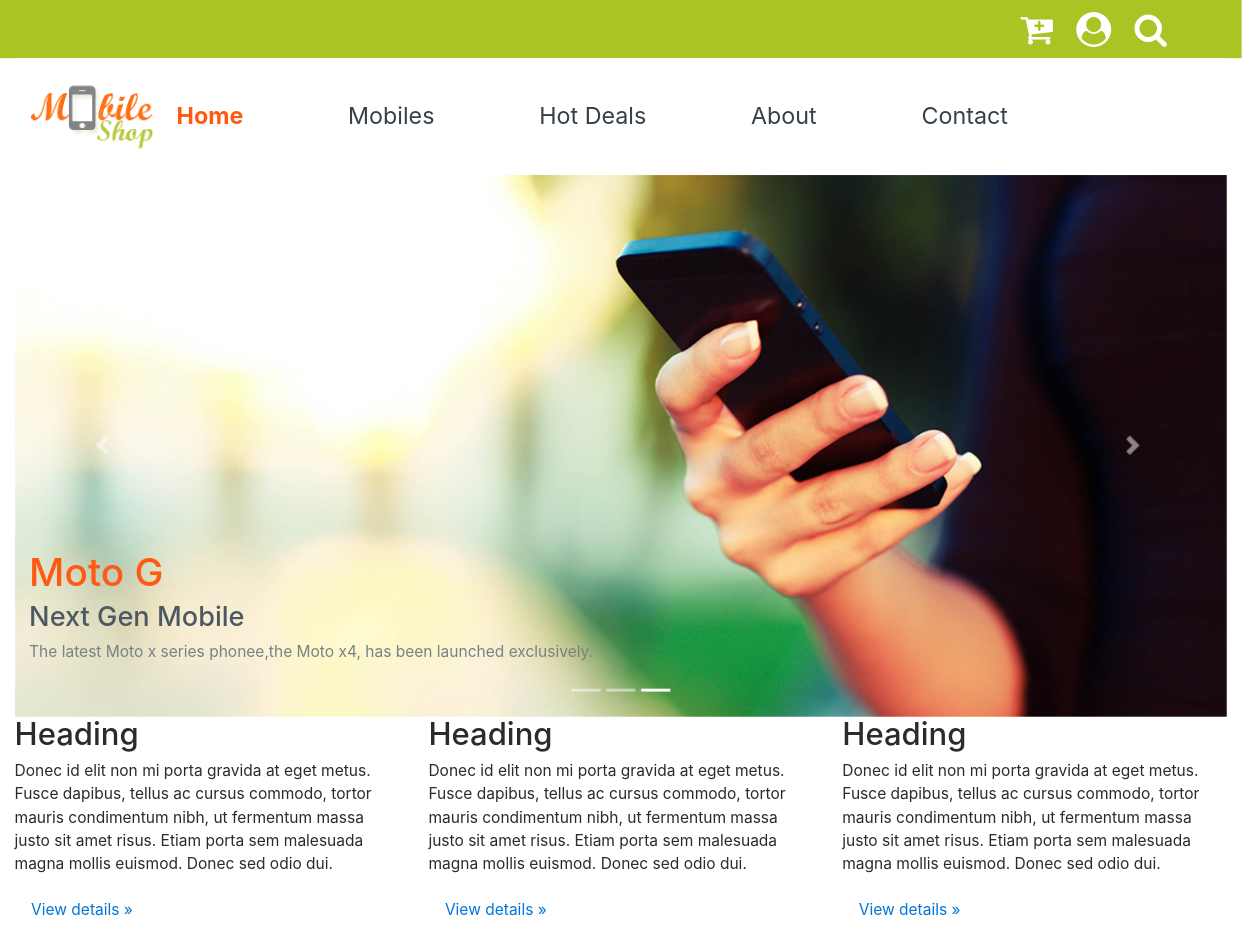
Repository: rajmohanr/mobile
Page: index.html
The author's editor kept a copy of each file at every save. The page is drawn from the files as they stood at one save, then again after the next save.
The browser window is 1280 px wide. The pictures show the whole page, at 97% of full size.

Above is the page before, as saved 2018-03-31 12:41:15.
Console error (its wording comes from the project's code and is left out).

### index.html
<!DOCTYPE html>
<html lang="en">
  <head>
    <meta charset="utf-8">
    <meta http-equiv="X-UA-Compatible" content="IE=edge">
    <meta name="viewport" content="width=device-width, initial-scale=1">

    <title>Bootstrap 4, from LayoutIt!</title>

    <meta name="description" content="Source code generated using layoutit.com">
    <meta name="author" content="LayoutIt!">

    <link href="css/bootstrap.min.css" rel="stylesheet">
	<link href="css/style.css" rel="stylesheet">
	<link rel="stylesheet" href="https://cdnjs.cloudflare.com/ajax/libs/font-awesome/4.7.0/css/font-awesome.min.css">

  </head>
  <body>

    <div class="container-fluid">
	<div class="row">
		<div class="col-md-12">
			<div class="row">
				<div class="col-md-12 top-bar">
					<a href="#" class="top-bar-icons last-icon"><i class="fa fa-search"  style="font-size:36px;color:white;"></i></a>
					<a href="#" class="top-bar-icons"><i class="fa fa-user-circle"  style="font-size:36px;color:white;"></i></a>
					<a href="#" class="top-bar-icons"><i class="fa fa-cart-plus"  style="font-size:36px;color:white;"></i></a>
				</div>
			</div>
			<nav class="navbar navbar-toggleable-md navbar-light bg-faded">

				<button class="navbar-toggler navbar-toggler-right" type="button" data-toggle="collapse" data-target="#bs-example-navbar-collapse-1">
					<span class="navbar-toggler-icon"></span>
				</button> <a class="navbar-brand" href="#"><img src="images/logo.png" /></a>
				<div class="collapse navbar-collapse" id="bs-example-navbar-collapse-1">
					<ul class="navbar-nav float-md-right">
						<li class="nav-item active">
							 <a class="nav-link" href="#">Home <span class="sr-only">(current)</span></a>
						</li>
						<li class="nav-item">
							 <a class="nav-link" href="#">Mobiles</a>
						</li>
						<li class="nav-item">
								<a class="nav-link" href="#">Hot Deals</a>
						</li>
						<li class="nav-item">
								<a class="nav-link" href="#">About</a>
						</li>
						<li class="nav-item">
								<a class="nav-link" href="#">Contact</a>
						</li>
					</ul>
				</div>
			</nav>

			<div class="row">
				<div class="col-md-12">
					<div class="carousel slide" id="carousel-452932">
						<ol class="carousel-indicators">
							<li data-slide-to="0" data-target="#carousel-452932">
							</li>
							<li data-slide-to="1" data-target="#carousel-452932">
							</li>
							<li data-slide-to="2" data-target="#carousel-452932" class="active">
							</li>
						</ol>
						<div class="carousel-inner">
							<div class="carousel-item">
								<img class="d-block w-100" alt="Carousel Bootstrap First" src="images/carosuel.png" />
								<div class="carousel-caption">
									<h4>
										Moto G
									</h4>
									<h3>
										Next Gen Mobile
									</h3>
									<p>
										The latest Moto x series phonee,the Moto x4, has been launched exclusively.
									</p>
									<button type="button" class="btn btn-primary">Order Now</button>
								</div>
							</div>
							<div class="carousel-item">
								<img class="d-block w-100" alt="Carousel Bootstrap Second" src="images/carosuel.png" />
								<div class="carousel-caption">
									<h4>
										Moto G
									</h4>
									<h3>
										Next Gen Mobile
									</h3>
									<p>
										The latest Moto x series phonee,the Moto x4, has been launched exclusively.
									</p>
								</div>
							</div>
							<div class="carousel-item active">
								<img class="d-block w-100" alt="Carousel Bootstrap Third" src="images/carosuel.png" />
								<div class="carousel-caption">
									<h4>
										Moto G
									</h4>
									<h3>
										Next Gen Mobile
									</h3>
									<p>
										The latest Moto x series phonee,the Moto x4, has been launched exclusively.
									</p>
								</div>
							</div>
						</div> <a class="carousel-control-prev" href="#carousel-452932" data-slide="prev"><span class="carousel-control-prev-icon"></span> <span class="sr-only">Previous</span></a> <a class="carousel-control-next" href="#carousel-452932" data-slide="next"><span class="carousel-control-next-icon"></span> <span class="sr-only">Next</span></a>
					</div>
				</div>
			</div>

		</div>
	</div>
	<div class="row">
		<div class="col-md-4">
			<h2>
				Heading
			</h2>
			<p>
				Donec id elit non mi porta gravida at eget metus. Fusce dapibus, tellus ac cursus commodo, tortor mauris condimentum nibh, ut fermentum massa justo sit amet risus. Etiam porta sem malesuada magna mollis euismod. Donec sed odio dui.
			</p>
			<p>
				<a class="btn" href="#">View details »</a>
			</p>
		</div>
		<div class="col-md-4">
			<h2>
				Heading
			</h2>
			<p>
				Donec id elit non mi porta gravida at eget metus. Fusce dapibus, tellus ac cursus commodo, tortor mauris condimentum nibh, ut fermentum massa justo sit amet risus. Etiam porta sem malesuada magna mollis euismod. Donec sed odio dui.
			</p>
			<p>
				<a class="btn" href="#">View details »</a>
			</p>
		</div>
		<div class="col-md-4">
			<h2>
				Heading
			</h2>
			<p>
				Donec id elit non mi porta gravida at eget metus. Fusce dapibus, tellus ac cursus commodo, tortor mauris condimentum nibh, ut fermentum massa justo sit amet risus. Etiam porta sem malesuada magna mollis euismod. Donec sed odio dui.
			</p>
			<p>
				<a class="btn" href="#">View details »</a>
			</p>
		</div>
	</div>
	<div class="row">
		<div class="col-md-12">
		</div>
	</div>
</div>

    <script src="js/jquery.min.js"></script>
    <script src="js/bootstrap.min.js"></script>
    <script src="js/scripts.js"></script>
  </body>
</html>

### css/style.css
.top-bar{
    height: 60px;
    background-color: #acc324;
}

.top-bar-icons{
    float: right;
    padding: 12px;
    position: relative;
}

.last-icon{
    margin-right: 50px;
}

.navbar{
    height: 120px;
    background-color: #fff;
}

.navbar-light .navbar-nav .active>.nav-link, .navbar-light .navbar-nav .nav-link.active, .navbar-light .navbar-nav .nav-link.open, .navbar-light .navbar-nav .open>.nav-link{
    color: #ff5912!important;
    font-weight: bold;
    font-size: 24px;
}

.navbar-nav .nav-link{
    padding-right: 100px!important;
}

.navbar-light .navbar-nav .nav-link{
    color: #34404b!important;
    font-size: 24px;
}

.carousel-caption{
    text-align: left!important;
    left: 15px!important;
}

.carousel-caption h4{
    color: #ff5912!important;
    font-size: 2.5rem!important;
}

.carousel-caption h3{
    color: #4C5963!important;
}

.carousel-caption p{
    color: #788186!important;
}
.btn-primary{
    color: #fff;
    background-color: #ff5912!important;
}

Loaded but not shown: css/bootstrap.min.css (library); js/jquery.min.js (library); js/bootstrap.min.js (library); js/scripts.js (common file)

After the next save:
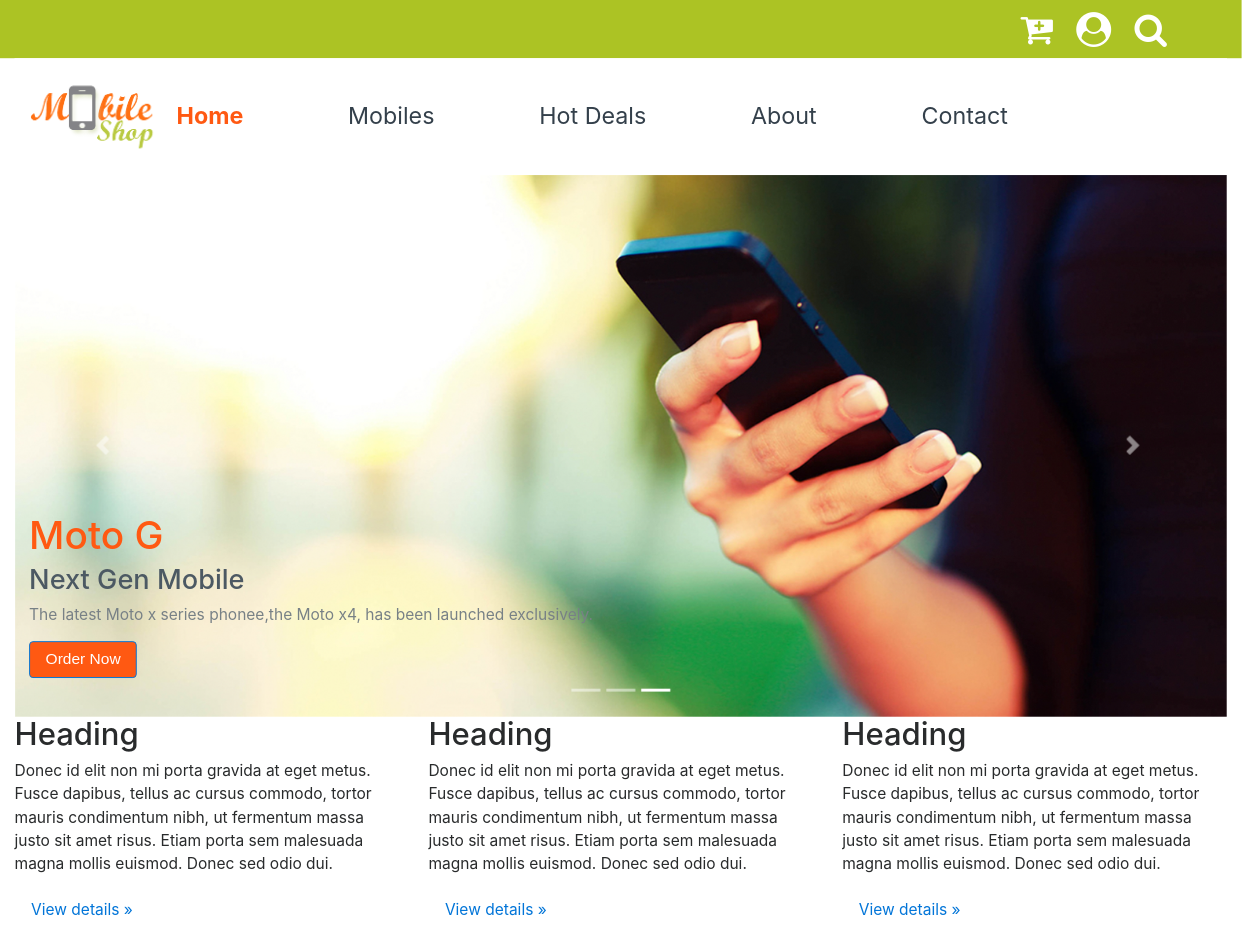
Saved 35 s later.
--- a/index.html
+++ b/index.html
@@ -92,6 +92,7 @@
 									<p>
 										The latest Moto x series phonee,the Moto x4, has been launched exclusively.
 									</p>
+									<button type="button" class="btn btn-primary">Order Now</button>
 								</div>
 							</div>
 							<div class="carousel-item active">
@@ -106,6 +107,7 @@
 									<p>
 										The latest Moto x series phonee,the Moto x4, has been launched exclusively.
 									</p>
+									<button type="button" class="btn btn-primary">Order Now</button>
 								</div>
 							</div>
 						</div> <a class="carousel-control-prev" href="#carousel-452932" data-slide="prev"><span class="carousel-control-prev-icon"></span> <span class="sr-only">Previous</span></a> <a class="carousel-control-next" href="#carousel-452932" data-slide="next"><span class="carousel-control-next-icon"></span> <span class="sr-only">Next</span></a>
